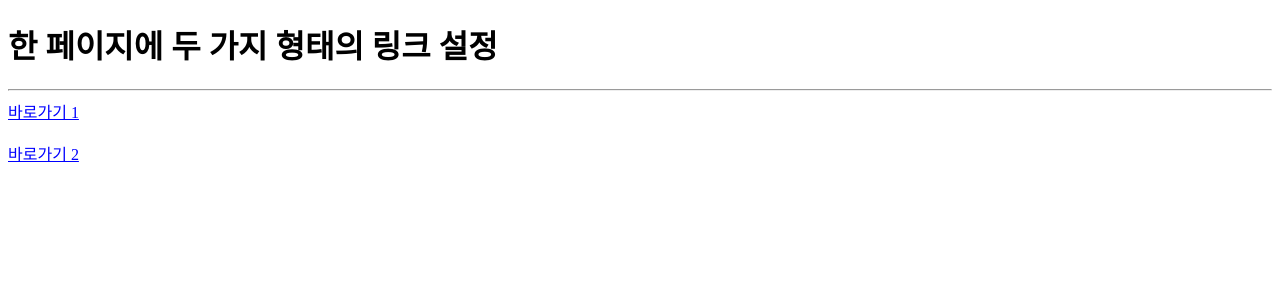
Repository: lolsoyeon/WebStudy
Page: WebApp02/WebContent/Test012.html
An editor plug-in stored every save of this project. The page is shown before and after the next save, followed by the edit.
The browser window is 1280 px wide. The pictures show the whole page.

Above is the page before, as saved 2022-09-28 03:32:47.

After the next save:
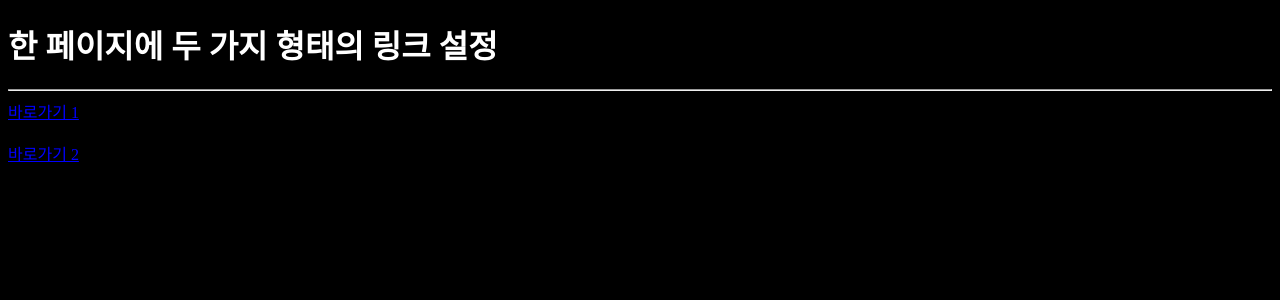
Saved 109 s later.
--- a/WebApp02/WebContent/Test012.html
+++ b/WebApp02/WebContent/Test012.html
@@ -14,10 +14,22 @@
  		color: orange;
  		font-weight: bold;
  	}
+ 	a.yellow:hover
+ 	{
+ 		color: yellow;
+ 		font-weight: bold;
+ 		font-family: 궁서;
+ 	}
+ 	a.red:hover
+ 	{
+ 		color: red;
+ 		font-weight: bold;
+ 		font-family: 맑은 고딕;
+ 	}
 
 </style>
 </head>
-<body>
+<body bgcolor="#000000" text="#ffffff">
 
 <div>
 	<h1>한 페이지에 두 가지 형태의 링크 설정</h1>
